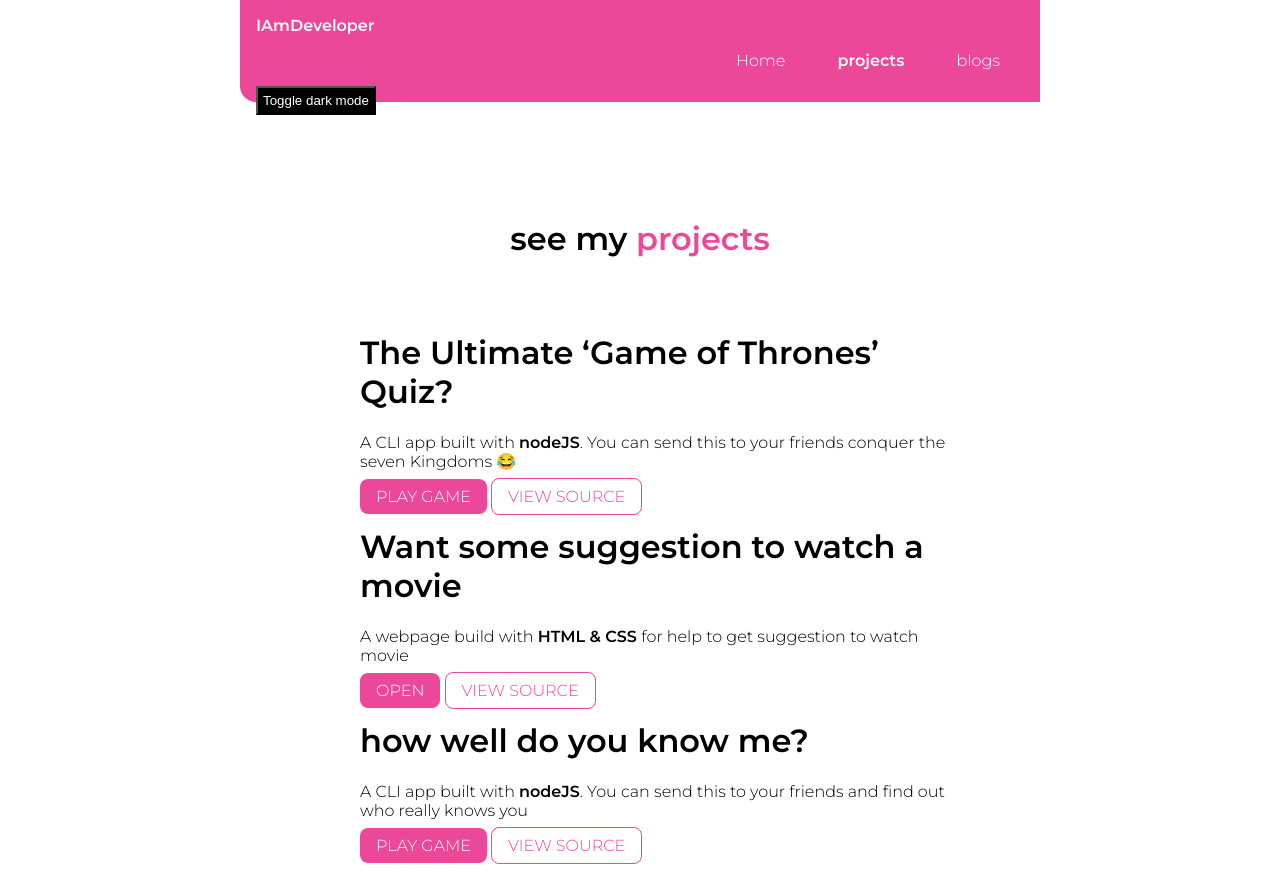
Repository: sohan2503001/Portfolio
Page: projects.html
An editor plug-in stored every save of this project. The page is shown before and after a run of saves, followed by the edit.
The browser window is 1280 px wide. The pictures show the whole page.

Above is the page before, as saved 2021-04-12 13:36:08.

After the next 3 saves:
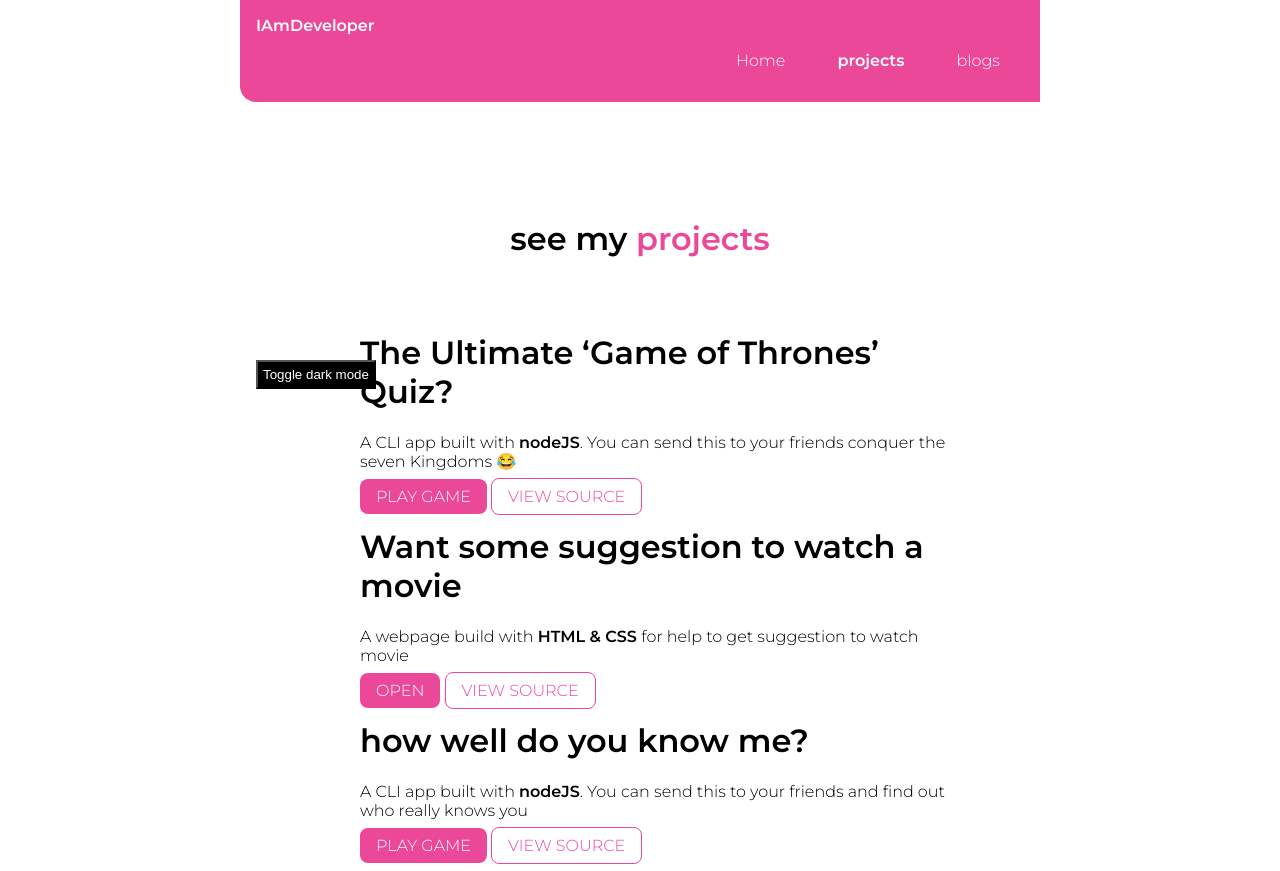
The 3 saves are shown as one change because they came seconds apart.
The last was saved 14 s later.
--- a/style.css
+++ b/style.css
@@ -153,4 +153,5 @@
     background-color: black;
     color: white;
     position: absolute;
+    top: 50%;
 }

After the save that followed:
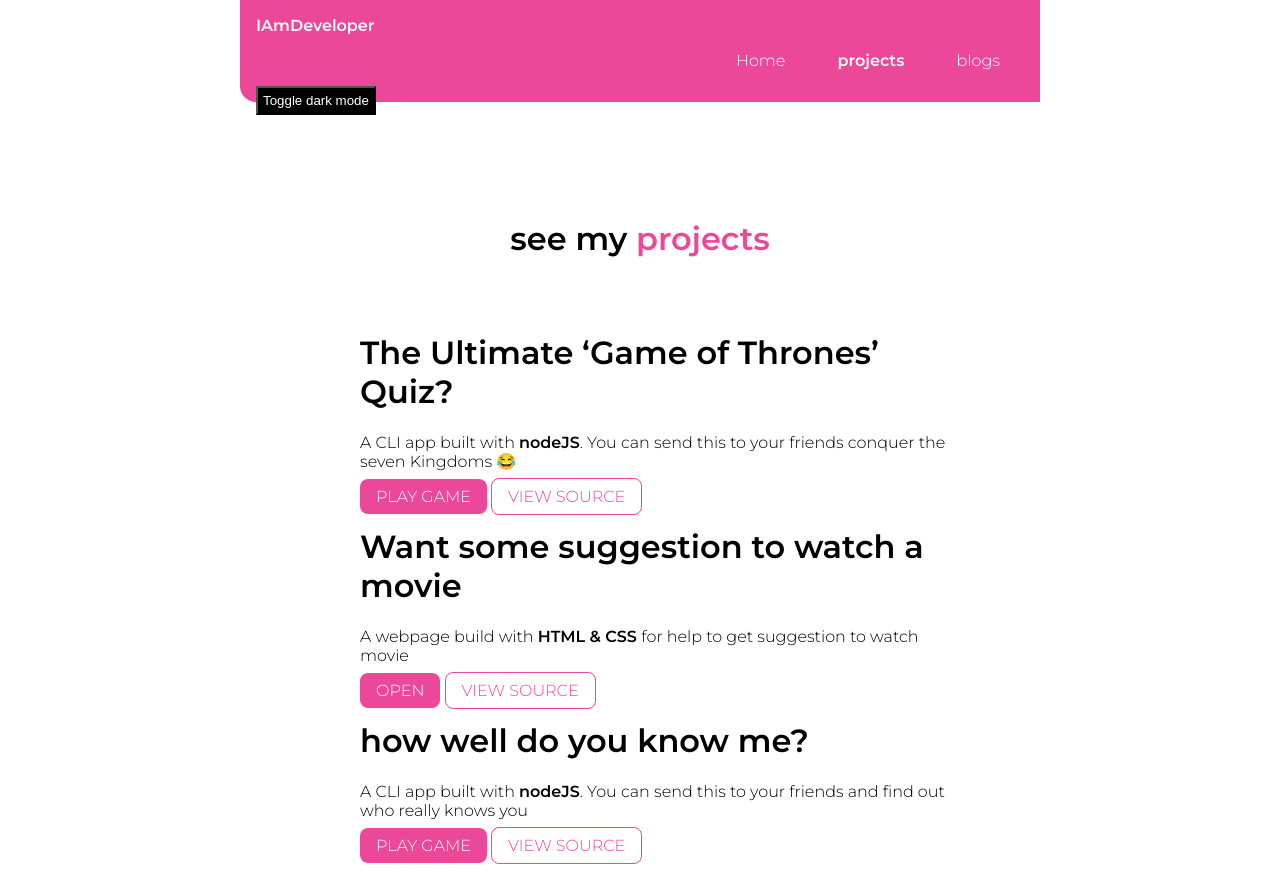
Saved 7 s later.
--- a/style.css
+++ b/style.css
@@ -153,5 +153,5 @@
     background-color: black;
     color: white;
     position: absolute;
-    top: 50%;
+
 }
